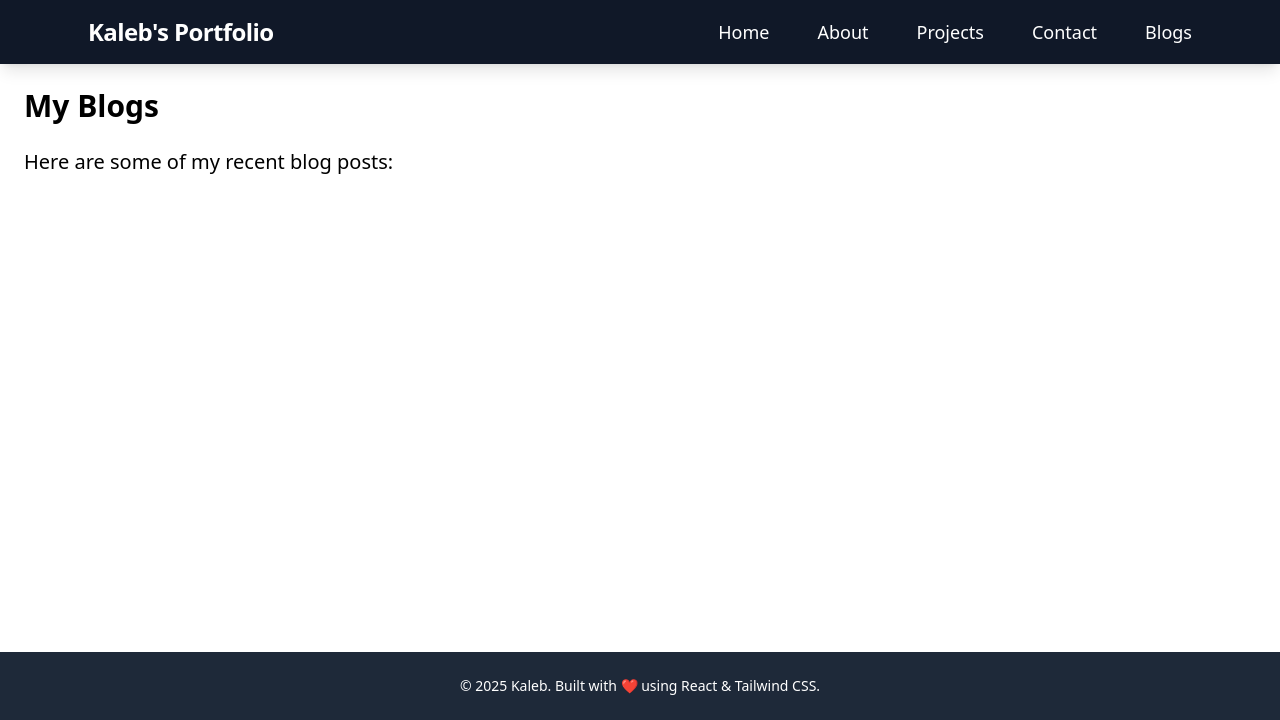
Repository: KalebMalone/portfolio-site
Page: /blogs
These files come from the project's save history. The page is drawn as it stood at one moment and after a run of saves; the edit follows.
The browser window is 1280 px wide. The pictures show the whole page.
The project was rebuilt for these pictures with package versions that can differ from the ones it lists, and the page was loaded fresh each time. Also part of the build but not shown: vite.config.js, src/pages/Home.jsx, src/pages/About.jsx, src/pages/Projects.jsx, src/pages/Contact.jsx.

Above is the page before, as saved 2025-04-23 17:22:53.

### src/App.jsx
import { BrowserRouter as Router, Routes, Route } from 'react-router-dom';
import Header from './components/Header';
import Footer from './components/Footer';

import Home from './pages/Home';
import About from './pages/About';
import Projects from './pages/Projects';
import Contact from './pages/Contact';
import Blogs from './pages/Blogs'; // Import Blogs page

function App() {
  return (
    <Router>
      <div className="flex flex-col min-h-screen">
        <Header />

        <main className="flex-grow">
          <Routes>
            <Route path="/" element={<Home />} />
            <Route path="/about" element={<About />} />
            <Route path="/projects" element={<Projects />} />
            <Route path="/contact" element={<Contact />} />
            <Route path="/blogs" element={<Blogs />} /> {/* Add route for Blogs */}
          </Routes>
        </main>

        <Footer />
      </div>
    </Router>
  );
}

export default App;

### src/index.css
@import 'tailwindcss';  /* Or use the Tailwind directives below */

/* Or alternatively, use these Tailwind directives directly in your CSS */
@tailwind base;
@tailwind components;
@tailwind utilities;

### src/components/Header.jsx
import { Link } from 'react-router-dom';

const Header = () => {
    return (
        <header className="bg-gray-900 text-white shadow-lg py-4">
            <nav className="max-w-6xl mx-auto flex justify-between items-center px-6">
                {/* Logo/Brand Name */}
                <h1 className="text-2xl font-bold tracking-tight">Kaleb's Portfolio</h1>

                {/* Navigation Links */}
                <ul className="flex space-x-12 text-lg"> {/* Increase space between the items */}
                    {['Home', 'About', 'Projects', 'Contact', 'Blogs'].map((page) => ( // Add Blogs here
                        <li key={page}>
                            <Link
                                to={`/${page.toLowerCase() === 'home' ? '' : page.toLowerCase()}`}
                                className="hover:text-blue-400 transition-colors duration-200"
                            >
                                {page}
                            </Link>
                        </li>
                    ))}
                </ul>
            </nav>
        </header>
    );
};

export default Header;

### src/components/Footer.jsx
const Footer = () => {
    return (
        <footer className="bg-gray-800 text-white text-center py-6 mt-10">
            <p className="text-sm">© {new Date().getFullYear()} Kaleb. Built with ❤️ using React & Tailwind CSS.</p>
        </footer>
    );
};

export default Footer;

### src/pages/Blogs.jsx
// src/Blogs.jsx
import React from 'react';

const Blogs = () => {
    return (
        <div className="container mx-auto p-6">
            <h2 className="text-3xl font-bold mb-6">My Blogs</h2>
            <p className="text-xl">Here are some of my recent blog posts:</p>
            {/* Add your blog post list or links here */}
        </div>
    );
};

export default Blogs;

Loaded but not shown: index.html (common file); src/main.jsx (common file)

After the next 2 saves:
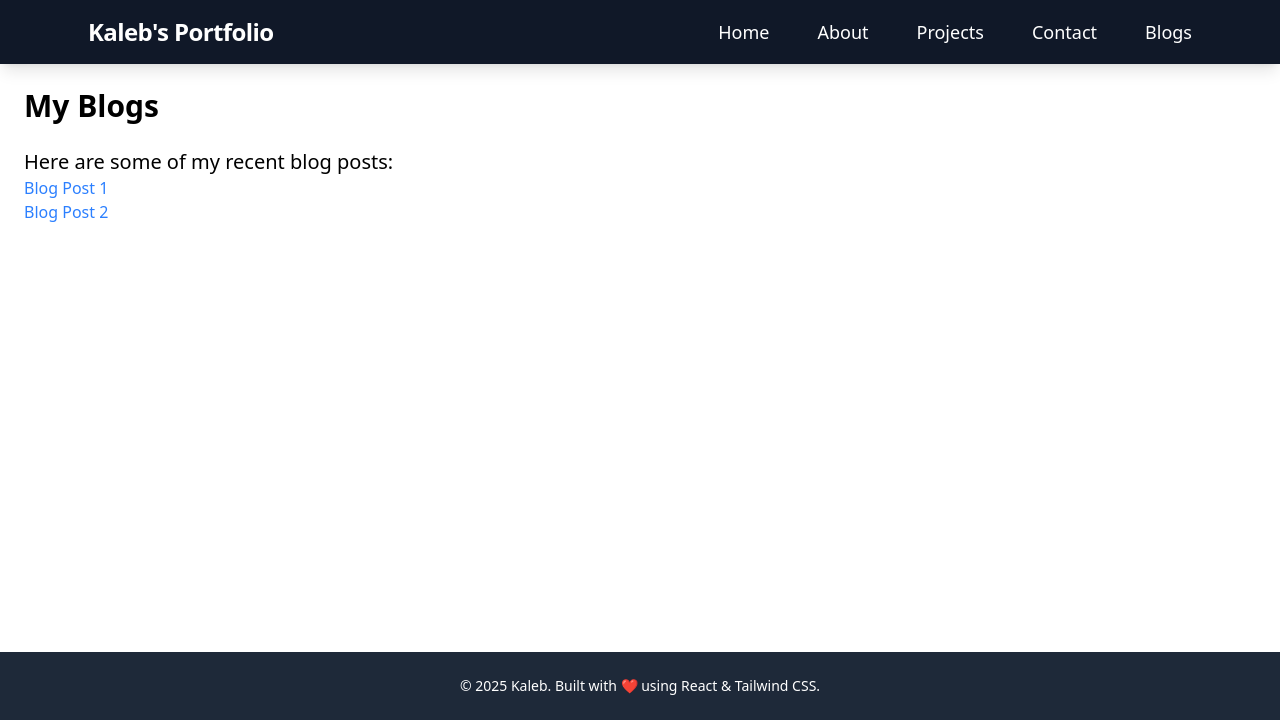
The 2 saves are shown as one change because they came seconds apart.
The last was saved 17 s later.
--- a/src/pages/Blogs.jsx
+++ b/src/pages/Blogs.jsx
@@ -1,4 +1,3 @@
-// src/Blogs.jsx
 import React from 'react';
 
 const Blogs = () => {
@@ -6,7 +5,16 @@ const Blogs = () => {
         <div className="container mx-auto p-6">
             <h2 className="text-3xl font-bold mb-6">My Blogs</h2>
             <p className="text-xl">Here are some of my recent blog posts:</p>
-            {/* Add your blog post list or links here */}
+            {/* You can add actual blog links here */}
+            <ul>
+                <li>
+                    <a href="https://example.com/blog1" className="text-blue-500">Blog Post 1</a>
+                </li>
+                <li>
+                    <a href="https://example.com/blog2" className="text-blue-500">Blog Post 2</a>
+                </li>
+                {/* Add more blogs as needed */}
+            </ul>
         </div>
     );
 };
